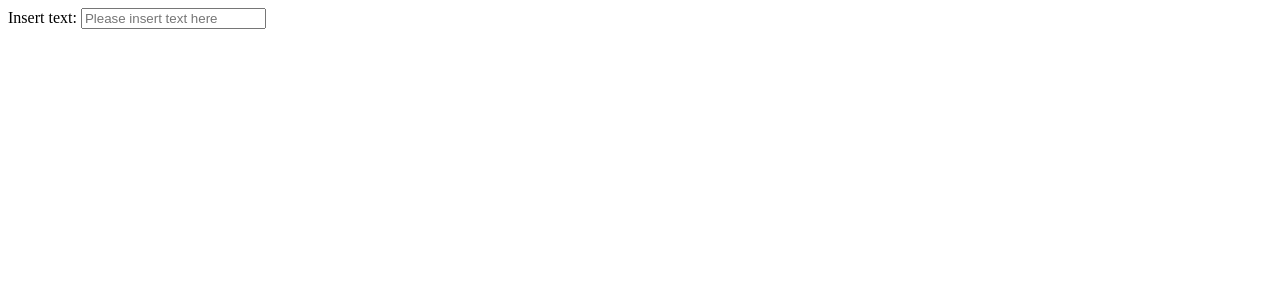
Repository: Micheal11/ReverseStringAssignment
Page: src/MyWidget/widget/template/MyWidget.html
An editor plug-in stored every save of this project. The page is shown before and after the next save, followed by the edit.
The browser window is 1280 px wide. The pictures show the whole page.

Above is the page before, as saved 2017-07-19 04:51:59.

After the next save:
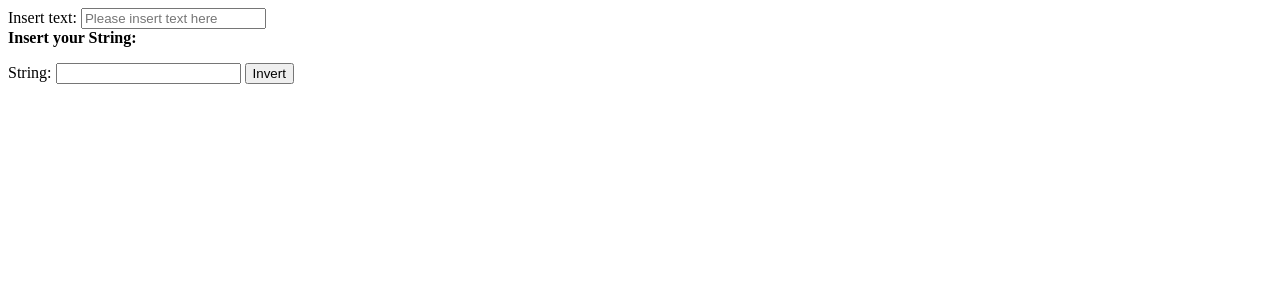
Saved 3 s later.
--- a/src/MyWidget/widget/template/MyWidget.html
+++ b/src/MyWidget/widget/template/MyWidget.html
@@ -1,10 +1,16 @@
 <div class="widgetname">
     <form>
-        <div class = form group>
-           Insert text: <input type = "text" class="form-control" placeholder="Please insert text here" data-dojo-attach-point="textToReverse">
-        <!--</b>
+        <div class=f orm group>
+            Insert text: <input type="text" class="form-control" placeholder="Please insert text here" data-dojo-attach-point="textToReverse">
+            <!--</b>
            <button type="button" data-dojo-attach-event = "onClick: save">Save</button>-->
-       </div>
+        </div>
+        <div>
+            <b>Insert your String:</b>
+            <p>String: <input type="text" data-dojo-attach-point="ss">
+                <button type="button" data-dojo-attach-event="onClick: reversedString">Invert</button>
+
+        </div>
     </form>
     <div class="widgetname-reverseText" data-dojo-attach-point="reverseText" />
 </div>
